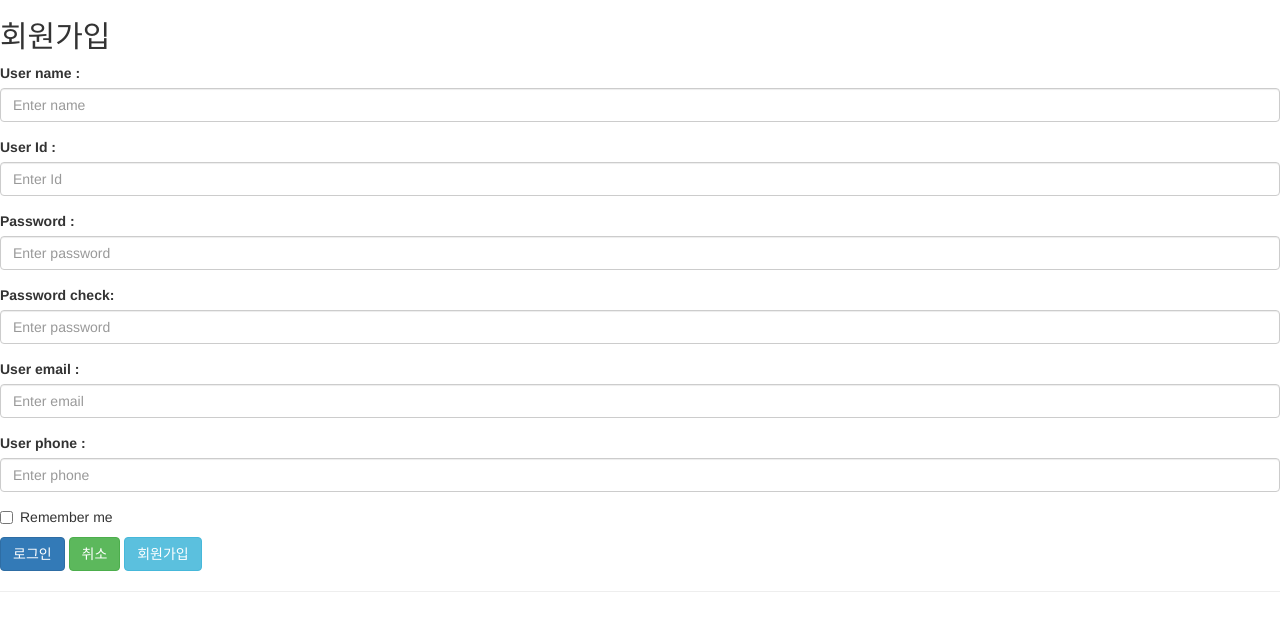
Repository: yjeongyjeong/jsp
Page: http://localhost/web-study-09-re/member/join.jsp
The author's editor kept a copy of each file at every save. The page is drawn from the files as they stood at one save, then again after the next save.
The browser window is 1280 px wide. The pictures show the whole page.
The page is served by Tomcat 9. Other server files are loaded and not shown.

Above is the page before, as saved 2023-10-16 06:26:29.

### web-study-09-re/src/main/webapp/member/join.jsp
<%@ page language="java" contentType="text/html; charset=UTF-8"
	pageEncoding="UTF-8"%>
<!DOCTYPE html>
<html>
<head>
<meta charset="UTF-8">
<meta charset="utf-8">
<meta name="viewport" content="width=device-width, initial-scale=1">
<link rel="stylesheet"
	href="https://maxcdn.bootstrapcdn.com/bootstrap/3.4.1/css/bootstrap.min.css">
<script
	src="https://ajax.googleapis.com/ajax/libs/jquery/3.6.4/jquery.min.js"></script>
<script
	src="https://maxcdn.bootstrapcdn.com/bootstrap/3.4.1/js/bootstrap.min.js"></script>
<script type="text/javascript" src="./script/member.js"></script>
<!-- . -> 이 폴더 빠져나가서 /들어가라고 -->

<title>Insert title here</title>
</head>
<body>
	<h2>회원가입</h2>
	<form action="join.do" method="post" name="frm"><!-- 서블릿으로 보냄 폼태그?컨텍스트패스?쿼리스트링?은 login.do가 되고 서블릿에서 post로 받도록 함 name도 지정함(js)에서 사용-->
		<div class="form-group">
			<label for="name">User name :</label> <input type="text"
				class="form-control" id="name" placeholder="Enter name"
				name="name">
		</div>
		<div class="form-group">
			<label for="userid">User Id :</label> <input type="text"
				class="form-control" id="userid" placeholder="Enter Id"
				name="userid">
		</div>
		<div class="form-group">
			<label for="pwd">Password : </label> <input type="password"
				class="form-control" id="pwd" placeholder="Enter password"
				name="pwd">
		</div>
		<div class="form-group">
			<label for="pwd_check">Password check: </label> <input type="password"
				class="form-control" id="pwd_check" placeholder="Enter password"
				name="pwd_check">
		</div>

		<div class="form-group">
			<label for="email">User email :</label> <input type="email"
				class="form-control" id="email" placeholder="Enter email"
				name="email">
		</div>
		<div class="form-group">
			<label for="phone">User phone :</label> <input type="text"
				class="form-control" id="phone" placeholder="Enter phone"
				name="phone">
		</div>
		<div class="checkbox">
			<label><input type="checkbox" name="remember">
				Remember me</label>
		</div>
		<button type="submit" class="btn btn-primary" onclick="return loginCheck()">로그인</button> <!-- 클릭 시 loginCheck()라는 js파일이 실행되도록 함 : 로그인 함수?메서드? -->
		<button type="reset" class="btn btn-success">취소</button>
		<button type="button" class="btn btn-info" onclick="location.href='join.do'">회원가입</button><!-- 클릭 시 join.do로 가도록 함 -->
		<hr>
		<h4 style="color: red;">${message}</h4>



	</form>

</body>
</html>

### web-study-09-re/src/main/webapp/script/member.js
function loginCheck(){
/*근데 스페이스바 입력하면 데이터 넘어가게되므로 나중에 잘 막어줘야함 -> or조건으로 넣어봄ㅎㅎ 근데 이러면 스페이스바 여러번 하면 뚫리네 아나...
아스키 코드로 넣어야할가? 하나라도 있으면 안되도록..? 아니면 그냥 아스키로 안하고 하나라도 있으면 안되도록 해도 될거같기도 하고... => js에서 문자열 포함여부 확인 메서드 사용 document.frm.userid.includes(" ") 했는데 암것도 안나옴 아나..*/
	if(document.frm.userid.value.length == 0 || document.frm.userid.value == " "){
		/*frm(jsp파일에서 name으로 줌), userid id로 줌*/
		alert("아이디를 입력하세요.");
		frm.userid.focus();
		return false;
	}
	if(document.frm.pwd.value == "" || document.frm.pwd.value == " "){
		alert("암호를 입력하세요.");
		frm.pwd.focus();/*아무것도 주지 말라고*/
		return false;
	}

}

After the next save:
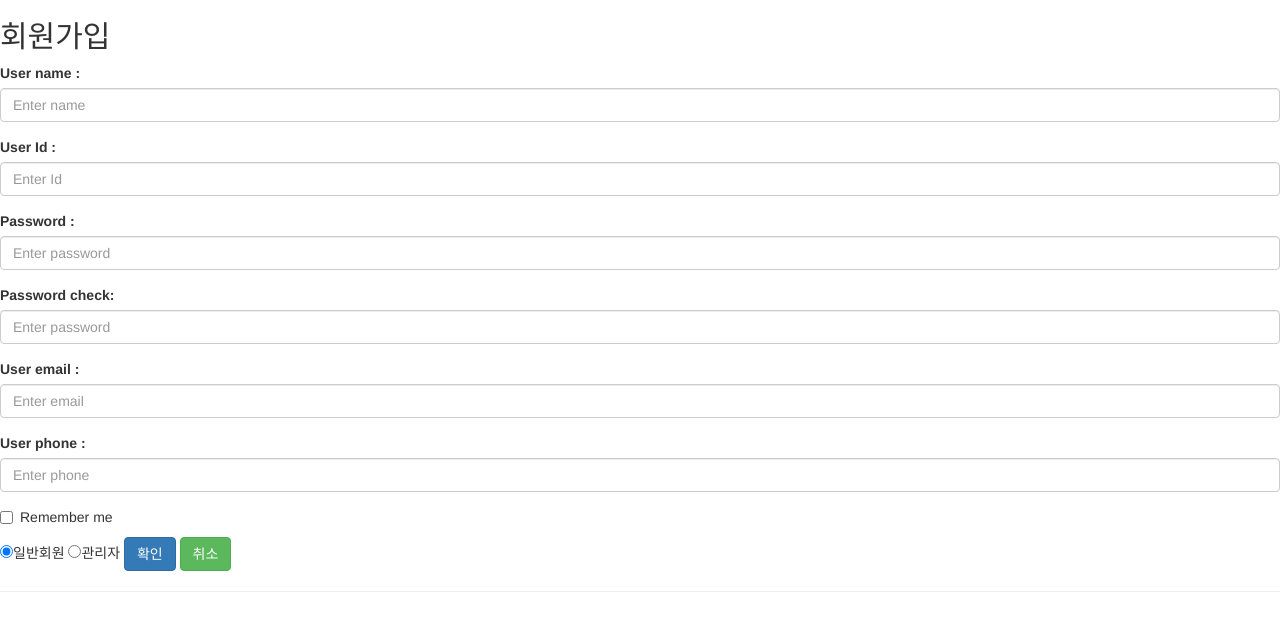
Saved 2 min 3 s later.
--- a/web-study-09-re/src/main/webapp/member/join.jsp
+++ b/web-study-09-re/src/main/webapp/member/join.jsp
@@ -55,9 +55,12 @@
 			<label><input type="checkbox" name="remember">
 				Remember me</label>
 		</div>
-		<button type="submit" class="btn btn-primary" onclick="return loginCheck()">로그인</button> <!-- 클릭 시 loginCheck()라는 js파일이 실행되도록 함 : 로그인 함수?메서드? -->
+
+		<input type="radio" name="admin" value="0" checked="checked">일반회원
+		<input type="radio" name="admin" value="1" >관리자
+
+		<button type="submit" class="btn btn-primary" onclick="return loginCheck()">확인</button>
 		<button type="reset" class="btn btn-success">취소</button>
-		<button type="button" class="btn btn-info" onclick="location.href='join.do'">회원가입</button><!-- 클릭 시 join.do로 가도록 함 -->
 		<hr>
 		<h4 style="color: red;">${message}</h4>
 
